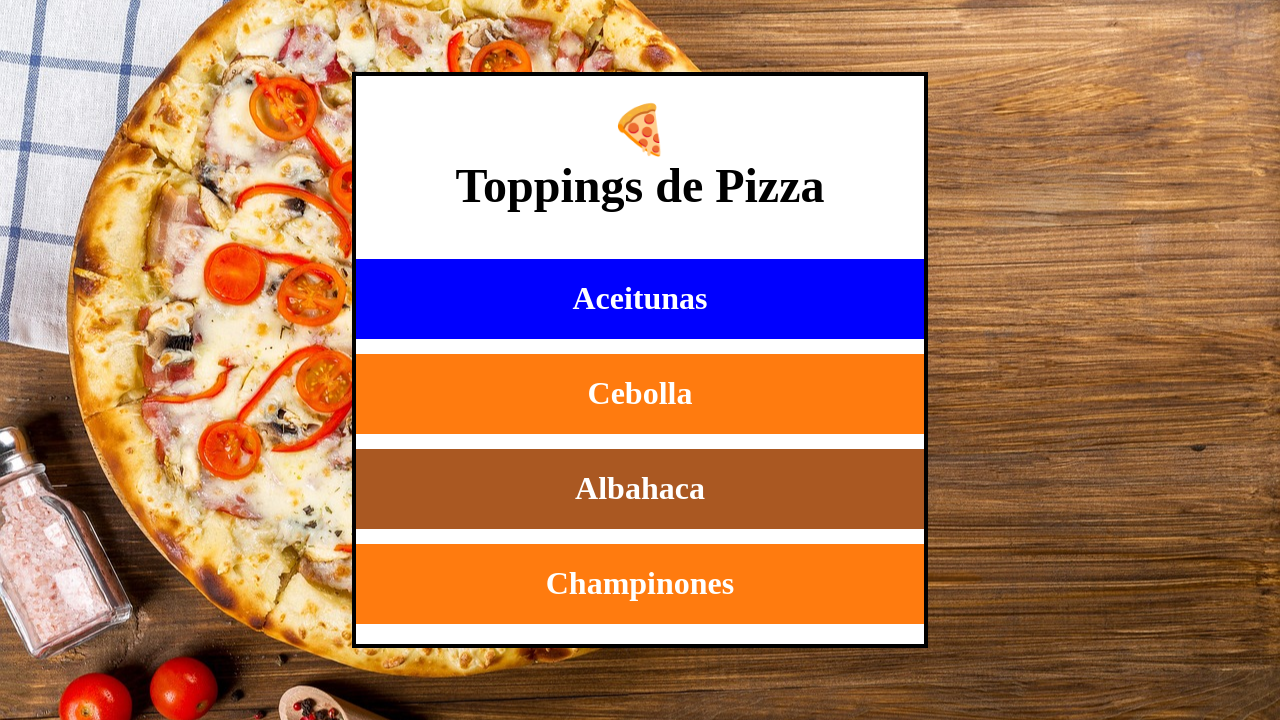
Repository: JoyMoGas/javascript-learn
Page: toppings-de-pizza/index.html
The author's editor kept a copy of each file at every save. The page is drawn from the files as they stood at one save, then again after the next save.
The browser window is 1280 px wide. The pictures show the whole page.

Above is the page before, as saved 2024-05-07 17:28:28.

### toppings-de-pizza/index.html
<!DOCTYPE html>
<html lang="en">
  <head>
    <meta charset="UTF-8" />
    <meta name="viewport" content="width=device-width, initial-scale=1.0" />
    <link rel="stylesheet" href="styles.css">
    <title>Mis Toppings</title>
  </head>
  <body>
    <div id="contenedor">
      <h1 id="titulo">🍕 <br> Toppings de Pizza</h1>
      <ul id="lista-toppings">
        <li class="topping fondo-marron" id="aceitunas">Aceitunas</li>
        <li class="topping fondo-naranja">Cebolla</li>
        <li class="topping fondo-marron" id="Albahaca">Albahaca</li>
        <li class="topping fondo-naranja">Champinones</li>
      </ul>
    </div>


    <script src="app.js"></script>
  </body>
</html>

### toppings-de-pizza/styles.css
/* Estilos generales */

* {
  margin: 0;
  padding: 0;
  box-sizing: border-box;
  font-display: 'Lato', sans-sherif;
}

body {
  display: flex;
  justify-content: center;
  align-items: center;
  height: 100vh;
  text-align: center;
  background: url(imagenes/pizza.jpg) no-repeat center/cover;
}

/* Contenido */

#contenedor {
  display: flex;
  flex-wrap: wrap;
  justify-content: center;
  align-items: center;
  min-height: 80vh;
  width: 80vh;
  max-width: 600px;
  background-color: white;
  border: 4px solid black;
}

h1 {
  font-size: 3rem;
  width: 100%;
  margin: 20px 10px;
}

ul {
  width: 100%;
  height: 100%;
}

.topping {
  font-size: 2rem;
  font-weight: bold;
  color: white;
  display: flex;
  flex-wrap: wrap;
  justify-content: center;
  align-items: center;
  width: 100%;
  height: 80px;
  margin: 15px 0;
}

.fondo-marron {
  background-color: #aa5822;
}

.fondo-naranja {
  background-color: #ff7b0f;
}

### toppings-de-pizza/app.js
const primerTopping = document.querySelector('.topping');

// console.log(primerTopping.style);
// * Cambiando el estilo con javascript
primerTopping.style.backgroundColor = 'blue'

After the next save:
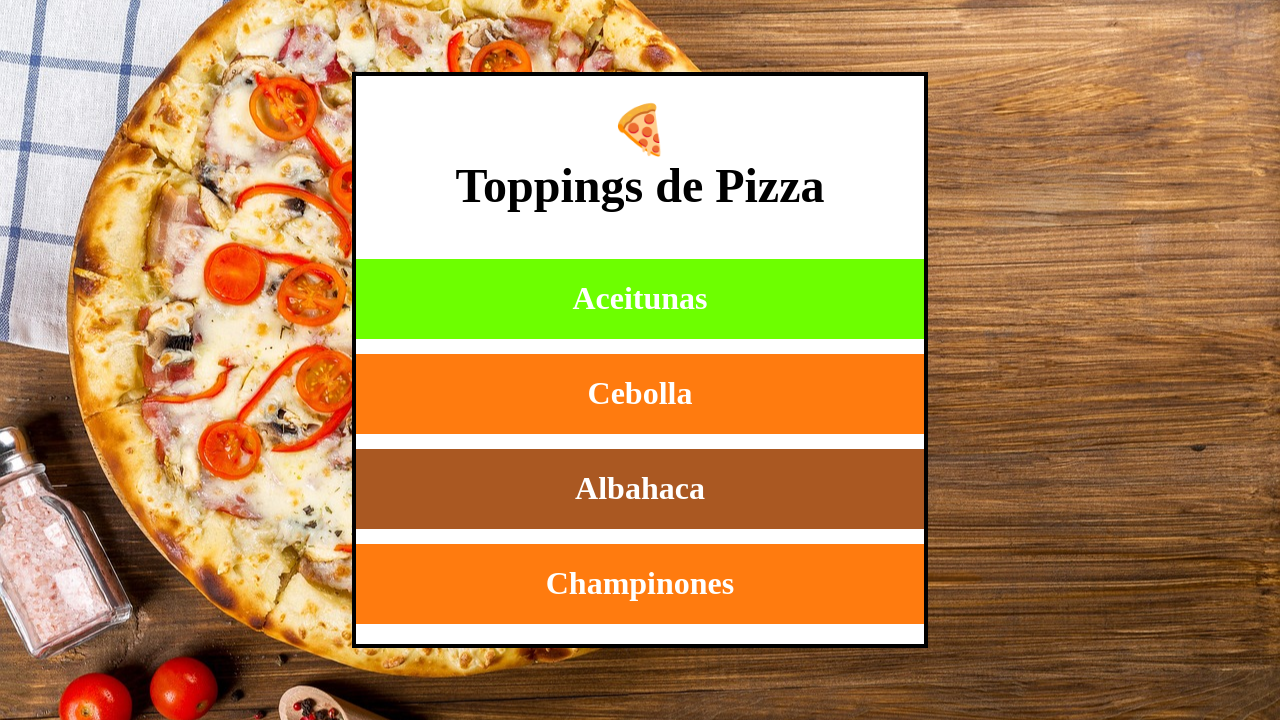
Saved 44 s later.
--- a/toppings-de-pizza/app.js
+++ b/toppings-de-pizza/app.js
@@ -3,3 +3,4 @@
 // console.log(primerTopping.style);
 // * Cambiando el estilo con javascript
 primerTopping.style.backgroundColor = 'blue'
+primerTopping.style.backgroundColor = '#6dff00'

After the save that followed:
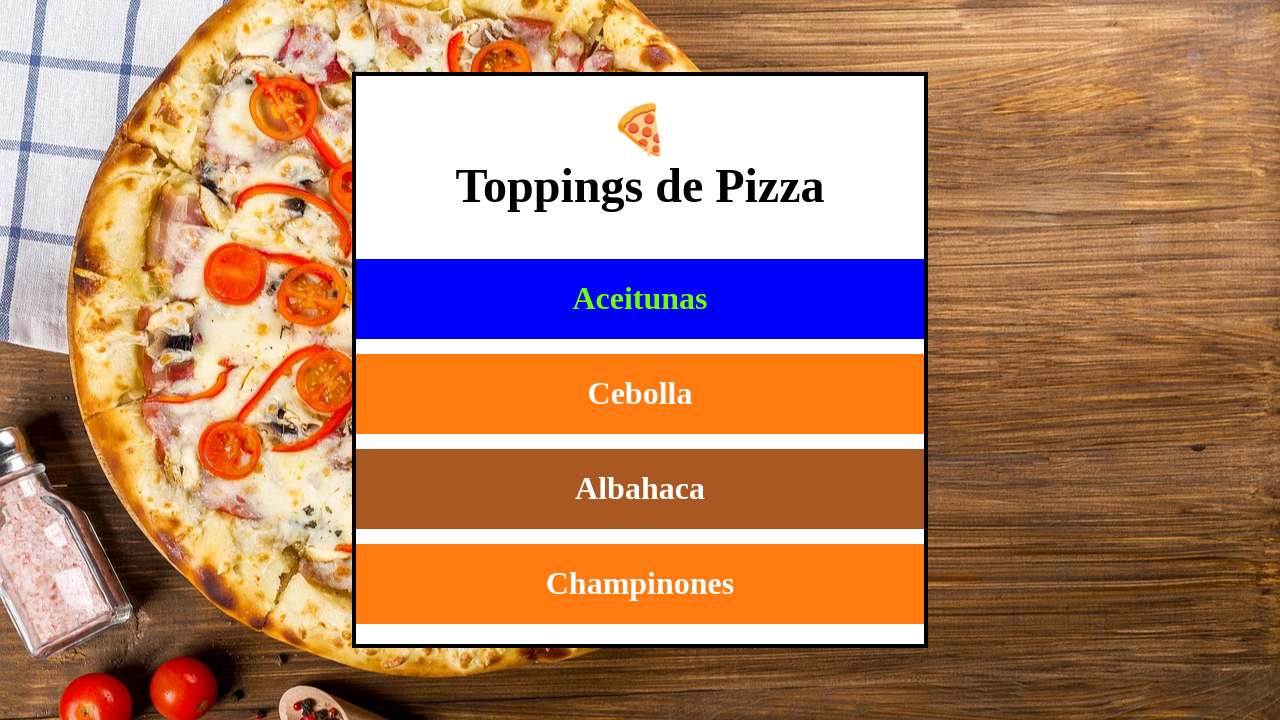
Saved 9 s later.
--- a/toppings-de-pizza/app.js
+++ b/toppings-de-pizza/app.js
@@ -3,4 +3,4 @@
 // console.log(primerTopping.style);
 // * Cambiando el estilo con javascript
 primerTopping.style.backgroundColor = 'blue'
-primerTopping.style.backgroundColor = '#6dff00'
+primerTopping.style.color = '#6dff00'
